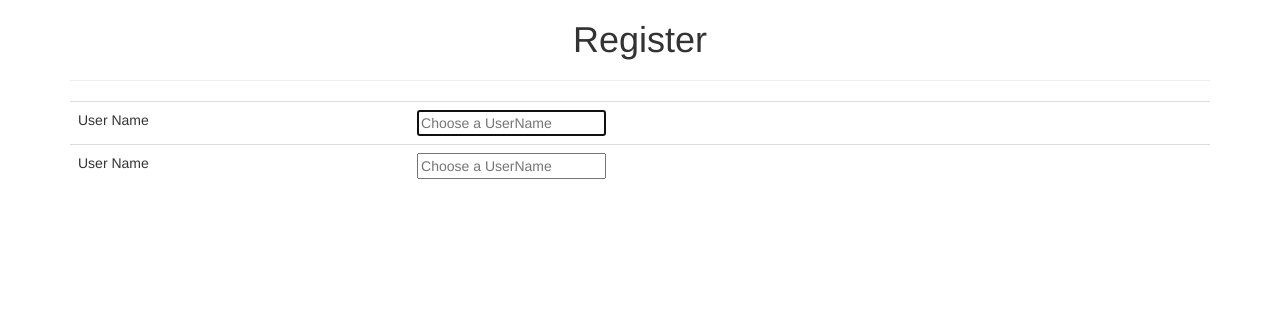
Repository: Kaustubh-Kallianpur/Practise-Programs
Page: http://localhost/pureJDBC/register.jsp
An editor plug-in stored every save of this project. The page is shown before and after the next save, followed by the edit.
The browser window is 1280 px wide. The pictures show the whole page.
The page is served by Tomcat 9. Other server files are loaded and not shown.

Above is the page before, as saved 2017-04-05 07:52:15.

### pureJDBC/WebContent/register.jsp
<%@ page language="java" contentType="text/html; charset=ISO-8859-1"
    pageEncoding="ISO-8859-1"%>
<!DOCTYPE html>
<html>
<head>
<meta http-equiv="Content-Type" content="text/html; charset=ISO-8859-1">
<title>Register Here</title>
<script src="resources/js/jquery-3.2.0.min.js"></script>
<script src="resources/js/bootstrap.min.js"></script>
<link rel="stylesheet" type="text/css" href="resources/css/bootstrap.min.css">
</head>
<body>
	<div class="container">
		<h1 style="text-align: center;"> Register </h1>
		<hr>
			<form action="">
				<table class="table">
					<tr>
						<td>User Name</td>
						<td><input type="text" autofocus="autofocus" placeholder="Choose a UserName" maxlength="100"></td>
					</tr>
					<tr>
						<td>User Name</td>
						<td><input type="text" autofocus="autofocus" placeholder="Choose a UserName" maxlength="100"></td>
					</tr>

				</table>
			</form>
	</div>
</body>
</html>

Loaded but not shown: pureJDBC/WebContent/resources/js/jquery-3.2.0.min.js (library); pureJDBC/WebContent/resources/js/bootstrap.min.js (library); pureJDBC/WebContent/resources/css/bootstrap.min.css (library)

After the next save:
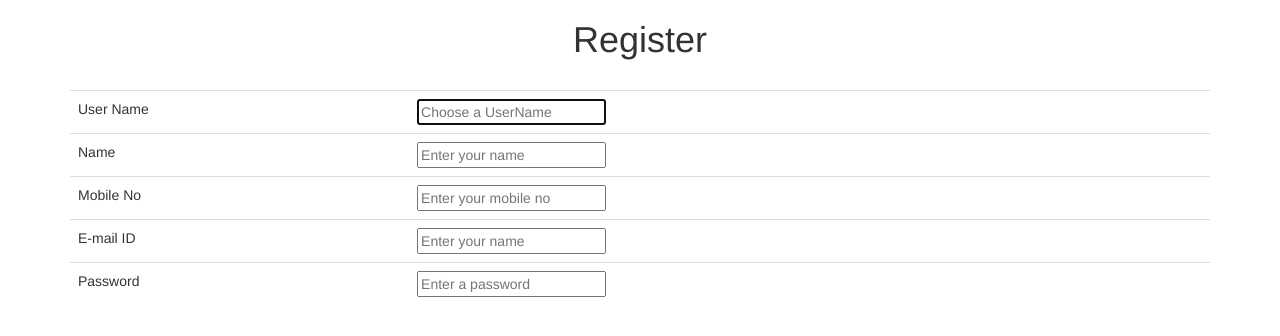
Saved 2 min 2 s later.
--- a/pureJDBC/WebContent/register.jsp
+++ b/pureJDBC/WebContent/register.jsp
@@ -12,7 +12,7 @@
 <body>
 	<div class="container">
 		<h1 style="text-align: center;"> Register </h1>
-		<hr>
+		<br>
 			<form action="">
 				<table class="table">
 					<tr>
@@ -20,10 +20,21 @@
 						<td><input type="text" autofocus="autofocus" placeholder="Choose a UserName" maxlength="100"></td>
 					</tr>
 					<tr>
-						<td>User Name</td>
-						<td><input type="text" autofocus="autofocus" placeholder="Choose a UserName" maxlength="100"></td>
+						<td>Name</td>
+						<td><input type="text" placeholder="Enter your name" maxlength="200"></td>
 					</tr>
-
+					<tr>
+						<td>Mobile No</td>
+						<td><input type="text" placeholder="Enter your mobile no" maxlength="200"></td>
+					</tr>
+					<tr>
+						<td>E-mail ID</td>
+						<td><input type="text" placeholder="Enter your name" maxlength="250"></td>
+					</tr>
+					<tr>
+						<td>Password</td>
+						<td><input type="text" placeholder="Enter a password" maxlength="50"></td>
+					</tr>
 				</table>
 			</form>
 	</div>
